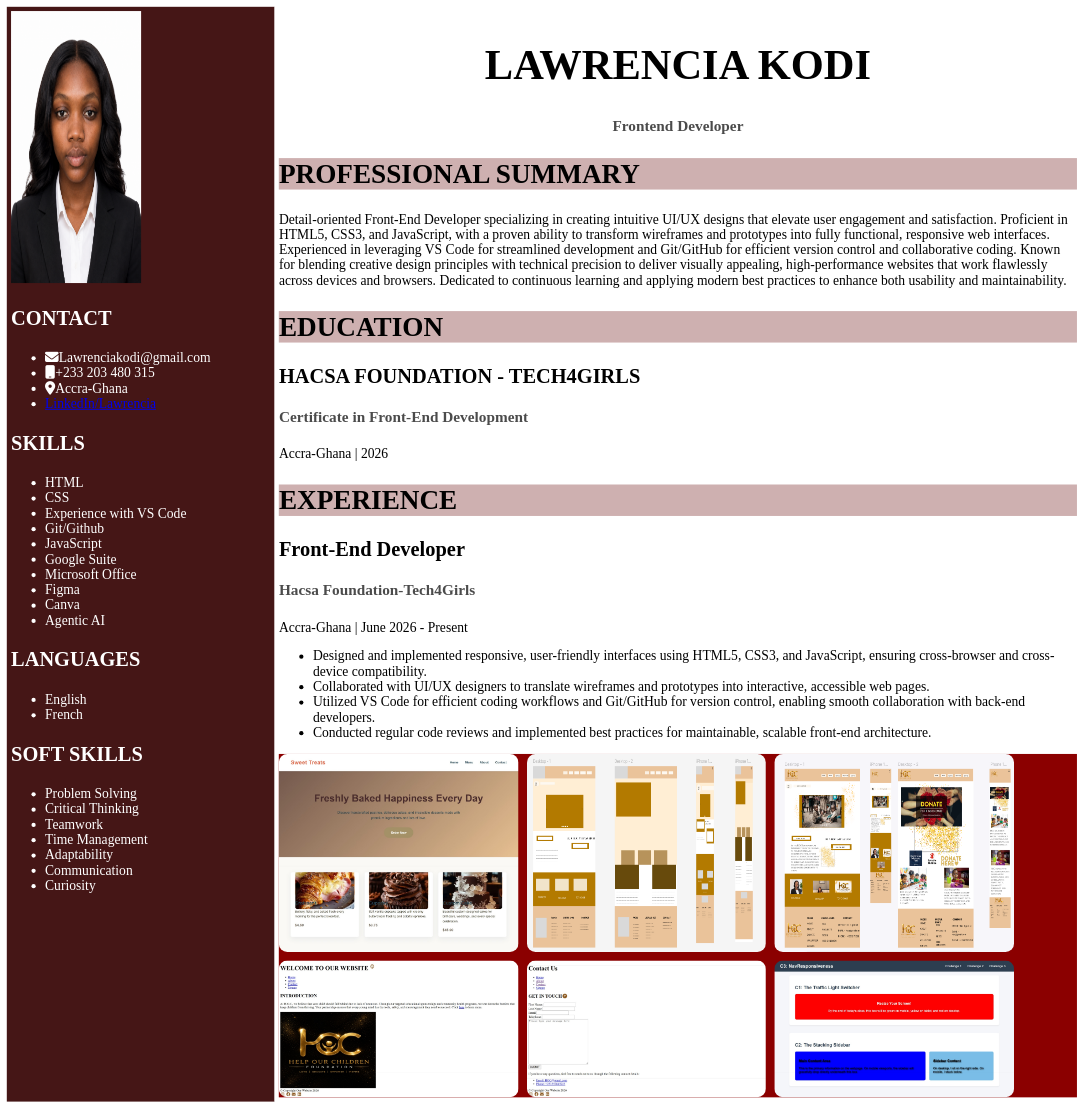
Repository: lawrencia-coder/T4G_CV
Page: index.html
The author's editor kept a copy of each file at every save. The page is drawn from the files as they stood at one save, then again after the next save.
The browser window is 1280 px wide. The pictures show the whole page, at 85% of full size.
Some icons come from a web library that is not loaded, so they are not drawn. Some web libraries are served in a nearby version.

Above is the page before, as saved 2026-07-15 08:59:11.

After the next save:
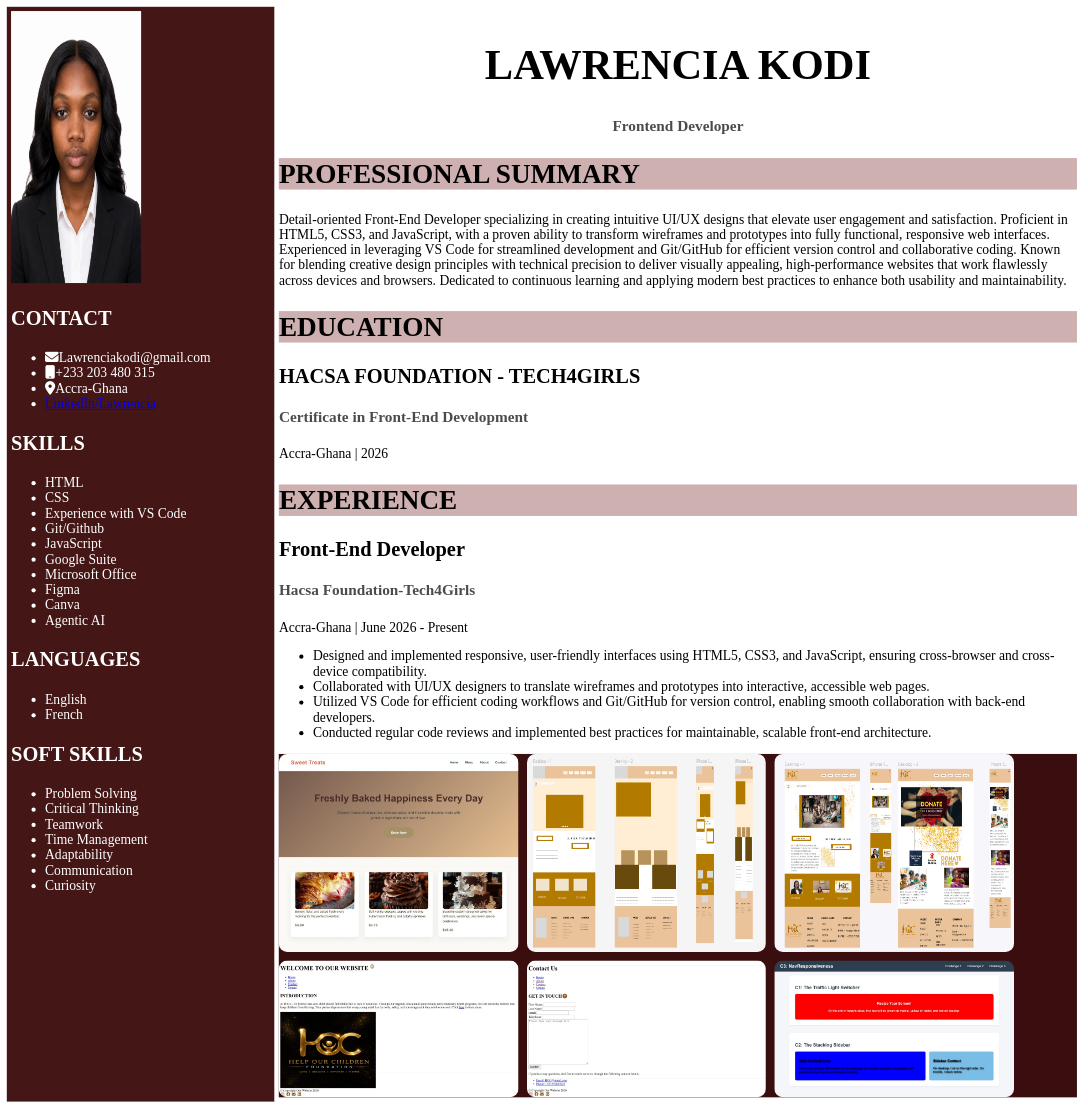
Saved 5 s later.
--- a/style.css
+++ b/style.css
@@ -56,7 +56,7 @@ padding: 5px;
     display: flex;
     flex-wrap: wrap;
     gap: 10px;
-    background-color: darkred;
+    background-color: rgb(58, 14, 14);
 }
 .portfolio img{
     width: 30%;
